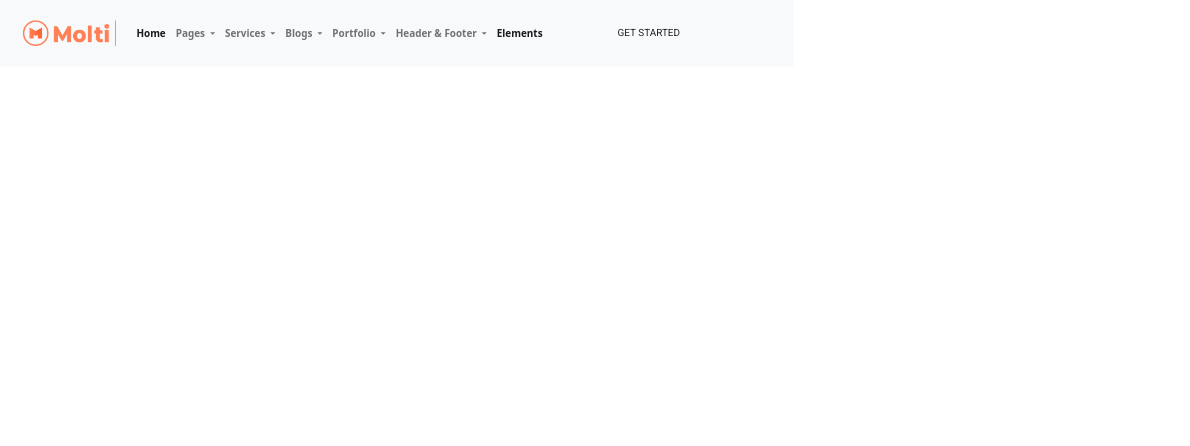
Repository: meherujjahan/Molti-website
Page: index.html
These files come from the project's save history. The page is drawn as it stood at one moment and after the next save; the edit follows.
The browser window is 1280 px wide. The page is 1280 px wide, then 1920 px, so the pictures cover 1920 px, including what lies to the right of the window. The pictures show the whole page, at 62% of full size.

Above is the page before, as saved 2022-03-08 19:16:40.

### index.html
<!DOCTYPE html>
<html lang="en">
  <head>
    <meta charset="UTF-8" />
    <meta http-equiv="X-UA-Compatible" content="IE=edge" />
    <meta name="viewport" content="width=device-width, initial-scale=1.0" />
    <!-- CSS styleSheet -->
    <link rel="stylesheet" href="style.css" />
    <!-- bootstrap stylesheet -->
    <link
      href="https://cdn.jsdelivr.net/npm/bootstrap@5.1.3/dist/css/bootstrap.min.css"
      rel="stylesheet"
      integrity="sha384-1BmE4kWBq78iYhFldvKuhfTAU6auU8tT94WrHftjDbrCEXSU1oBoqyl2QvZ6jIW3"
      crossorigin="anonymous"
    />
    <!-- google font  -->
    <style>
      @import url("https://fonts.googleapis.com/css2?family=Roboto&display=swap");
    </style>
    <title>Molti Wesite</title>
  </head>
  <body>
    <header>
      <div className="header">
        <div>
          <nav class="navbar navbar-expand-lg fw-bold navbar-light bg-light">
            <div class="container-fluid">
              <img class="logo-img" src="/Image/Molti-Logo.png" alt="" />
              <button
                class="navbar-toggler"
                type="button"
                data-bs-toggle="collapse"
                data-bs-target="#navbarNavDropdown"
                aria-controls="navbarNavDropdown"
                aria-expanded="false"
                aria-label="Toggle navigation"
              >
                <span class="navbar-toggler-icon"></span>
              </button>
              <div class="collapse navbar-collapse" id="navbarNavDropdown">
                <ul class="navbar-nav">
                  <li class="nav-item">
                    <a class="nav-link active" aria-current="page" href="#"
                      >Home</a
                    >
                  </li>
                  <li class="nav-item dropdown">
                    <a
                      class="nav-link dropdown-toggle"
                      href="#"
                      id="navbarDropdownMenuLink1"
                      role="button"
                      data-bs-toggle="dropdown"
                      aria-expanded="false"
                    >
                      Pages
                    </a>
                    <ul
                      class="dropdown-menu"
                      aria-labelledby="navbarDropdownMenuLink"
                    >
                      <li><a class="dropdown-item" href="#">Action</a></li>
                      <li>
                        <a class="dropdown-item" href="#">Another action</a>
                      </li>
                      <li>
                        <a class="dropdown-item" href="#"
                          >Something else here</a
                        >
                      </li>
                    </ul>
                  </li>
                  <li class="nav-item dropdown">
                    <a
                      class="nav-link dropdown-toggle"
                      href="#"
                      id="navbarDropdownMenuLink2"
                      role="button"
                      data-bs-toggle="dropdown"
                      aria-expanded="false"
                    >
                      Services
                    </a>
                    <ul
                      class="dropdown-menu"
                      aria-labelledby="navbarDropdownMenuLink"
                    >
                      <li><a class="dropdown-item" href="#">Action</a></li>
                      <li>
                        <a class="dropdown-item" href="#">Another action</a>
                      </li>
                      <li>
                        <a class="dropdown-item" href="#"
                          >Something else here</a
                        >
                      </li>
                    </ul>
                  </li>
                  <li class="nav-item dropdown">
                    <a
                      class="nav-link dropdown-toggle"
                      href="#"
                      id="navbarDropdownMenuLink3"
                      role="button"
                      data-bs-toggle="dropdown"
                      aria-expanded="false"
                    >
                      Blogs
                    </a>
                    <ul
                      class="dropdown-menu"
                      aria-labelledby="navbarDropdownMenuLink"
                    >
                      <li><a class="dropdown-item" href="#">Action</a></li>
                      <li>
                        <a class="dropdown-item" href="#">Another action</a>
                      </li>
                      <li>
                        <a class="dropdown-item" href="#"
                          >Something else here</a
                        >
                      </li>
                    </ul>
                  </li>
                  <li class="nav-item dropdown">
                    <a
                      class="nav-link dropdown-toggle"
                      href="#"
                      id="navbarDropdownMenuLink4"
                      role="button"
                      data-bs-toggle="dropdown"
                      aria-expanded="false"
                    >
                      Portfolio
                    </a>
                    <ul
                      class="dropdown-menu"
                      aria-labelledby="navbarDropdownMenuLink"
                    >
                      <li><a class="dropdown-item" href="#">Action</a></li>
                      <li>
                        <a class="dropdown-item" href="#">Another action</a>
                      </li>
                      <li>
                        <a class="dropdown-item" href="#"
                          >Something else here</a
                        >
                      </li>
                    </ul>
                  </li>
                  <li class="nav-item dropdown">
                    <a
                      class="nav-link dropdown-toggle"
                      href="#"
                      id="navbarDropdownMenuLink5"
                      role="button"
                      data-bs-toggle="dropdown"
                      aria-expanded="false"
                    >
                      Header & Footer
                    </a>
                    <ul
                      class="dropdown-menu"
                      aria-labelledby="navbarDropdownMenuLink"
                    >
                      <li><a class="dropdown-item" href="#">Action</a></li>
                      <li>
                        <a class="dropdown-item" href="#">Another action</a>
                      </li>
                      <li>
                        <a class="dropdown-item" href="#"
                          >Something else here</a
                        >
                      </li>
                    </ul>
                  </li>
                  <li class="nav-item">
                    <a class="nav-link active" aria-current="page" href="#"
                      >Elements</a
                    >
                  </li>
                  <li>
                    <button class="btn">GET STARTED</button>
                  </li>
                </ul>
              </div>
            </div>
          </nav>
        </div>
      </div>
    </header>
  </body>
</html>

### style.css
/* ------------
header section
--------------*/
.header {
  font-family: "Roboto", sans-serif;
}
.logo-img {
  width: 150px;
  margin: 25px;
  padding-right: 10px;
  border-right: 1px solid gray;
}
.btn {
  font-family: "Roboto", sans-serif;
  margin-left: 100px;
  background-color: rgb(238, 110, 63);
  border: none;
  border-radius: 4px;
  padding: 10px;
  padding-left: 20px;
  padding-right: 20px;
  color: white;
  font-weight: 700;
}
/* -------------
              Banner  section
              --------------*/
.Banner {
  display: flex;
  justify-content: space-between;
  padding: 60px;
  margin-top: 40px;
}
.Banner-text {
  text-align: left;
}
.Banner-text span {
  color: rgb(238, 110, 63);
}
.Banner-text b {
  color: rgba(19, 19, 150, 0.87);
}
.Banner-text h1 {
  font-weight: 700;
}
.Banner-text p {
  color: gray;
}

.Banner-img {
  width: 500px;
}
.Banner-btn {
  display: flex;
  justify-content: flex-start;
}
.Banner-btn button {
  margin-left: 10px;
  background-color: rgb(238, 110, 63);
  border: none;
  border-radius: 4px;
  padding: 10px;
  padding-left: 20px;
  padding-right: 20px;
  color: white;
  font-weight: 700;
}

After the next save:
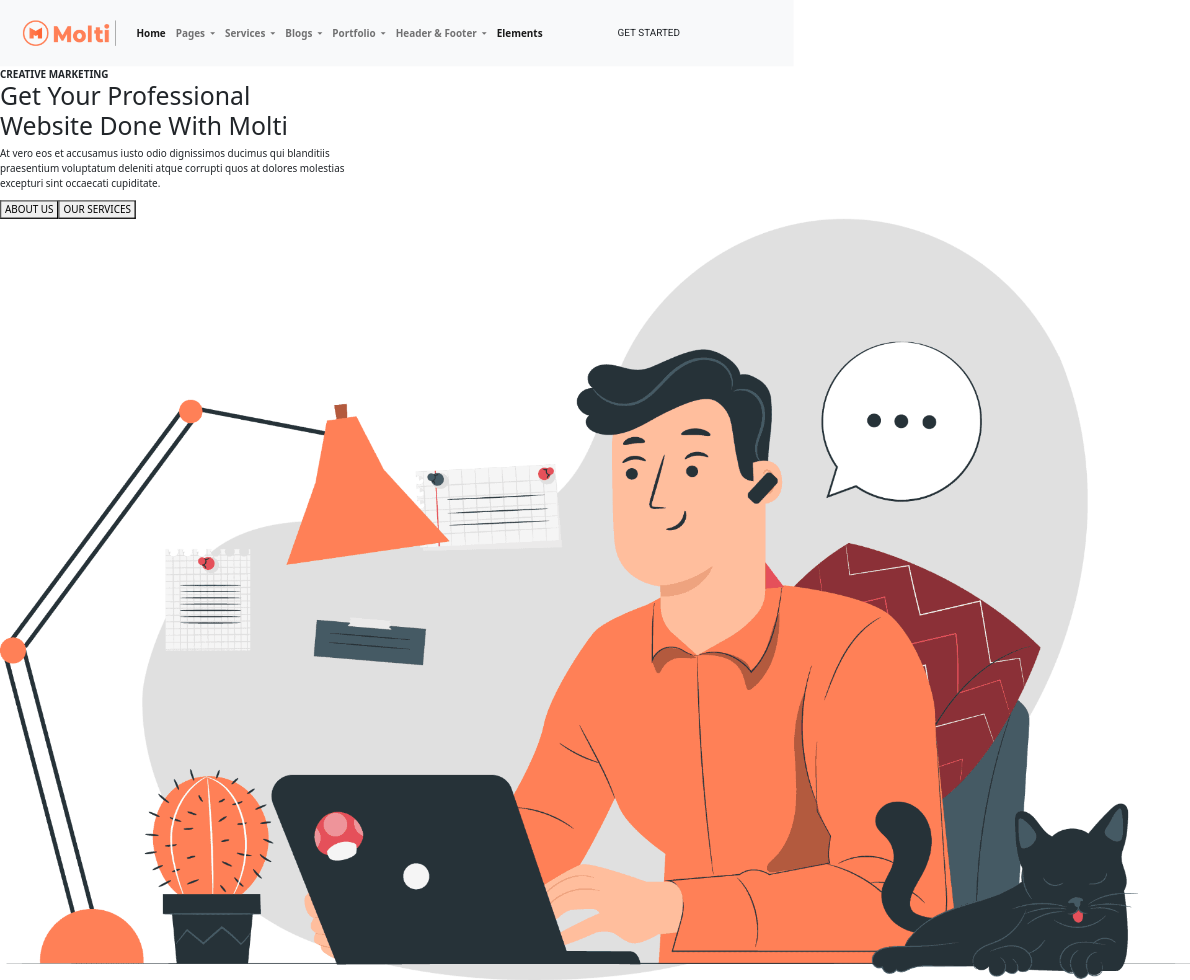
Saved 2 s later.
--- a/index.html
+++ b/index.html
@@ -189,5 +189,36 @@
         </div>
       </div>
     </header>
+    <main>
+      <!-- Banner section -->
+      <section>
+        <div className="Banner">
+          <div className="Banner-text">
+            <b>CREATIVE MARKETING</b>
+            <h1>
+              Get Your Professional <br />
+              Website Done With <span>Molti</span>
+            </h1>
+            <p>
+              At vero eos et accusamus iusto odio dignissimos ducimus qui
+              blanditiis <br />
+              praesentium voluptatum deleniti atque corrupti quos at dolores
+              molestias <br />
+              excepturi sint occaecati cupiditate.
+            </p>
+            <div className="Banner-btn">
+              <button>ABOUT US</button><button>OUR SERVICES</button>
+            </div>
+          </div>
+          <div>
+            <img
+              className="Banner-img"
+              src="Image/Hero-Illustration-Molti.png"
+              alt=""
+            />
+          </div>
+        </div>
+      </section>
+    </main>
   </body>
 </html>
